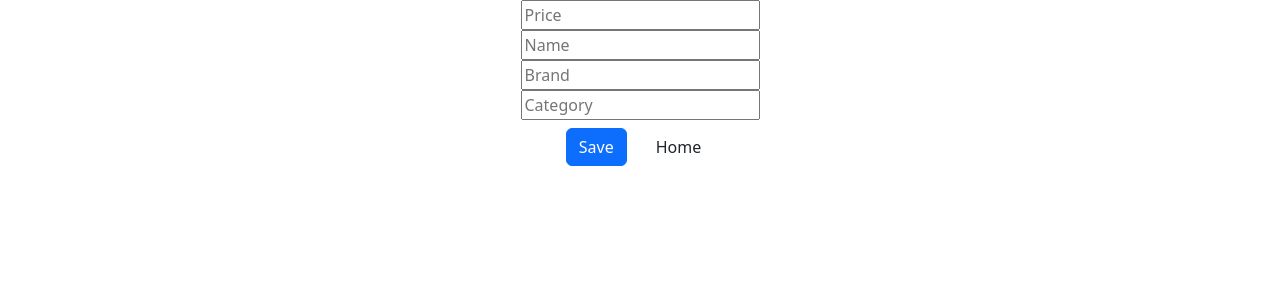
Repository: SriChakraTeja/json-crud
Page: /create-products
These files come from the project's save history. The page is drawn as it stood at one moment and after the next save; the edit follows.
The browser window is 1280 px wide. The pictures show the whole page.
The project was rebuilt for these pictures with package versions that can differ from the ones it lists, and the page was loaded fresh each time. Also part of the build but not shown: src/components/Home.js, src/components/ProductDetails.js.

Above is the page before, as saved 2023-12-23 14:23:25.

### src/index.js
import React from 'react';
import ReactDOM from 'react-dom/client';
import './index.css';
import App from './App';
import reportWebVitals from './reportWebVitals';
import { BrowserRouter as Router } from 'react-router-dom';
import '../node_modules/bootstrap/dist/css/bootstrap.min.css'

const root = ReactDOM.createRoot(document.getElementById('root'));
root.render(
  <React.StrictMode>
    <Router>
      <App />
    </Router>
  </React.StrictMode>
);

// If you want to start measuring performance in your app, pass a function
// to log results (for example: reportWebVitals(console.log))
// or send to an analytics endpoint. Learn more: https://bit.ly/CRA-vitals
reportWebVitals();

### src/App.js
import React from 'react'
import { Routes,Route } from 'react-router-dom'
import Home from './components/Home'
import ProductDetails from './components/ProductDetails'
import CreateProducts from './components/CreateProducts'

const App = () => {
  return (
    <main>
      <Routes>
        <Route path="/" element = {<Home/>}/>
        <Route path='/create-products' element={<CreateProducts/>} />
        <Route path='/products/:id' element= {<ProductDetails />} />
      </Routes>
    </main>
  )
}

export default App

### src/components/CreateProducts.js
import React from 'react'
import { useState } from 'react'

const CreateProducts = () => {
    const[products,setProducts] = useState({
        price : '',
        name : '',
        brand : '',
        category : '',
    })
    const {price,name,brand,category} = {...products}
    const handleChange = (e) => {
        setProducts({...products,[e.target.name]:e.target.value})
    }
    return (
        <section className='create-products'>
            <center>
                <form className = 'col-md-6'>
                    <input type='number' placeholder='Price' onChange = {handleChange}
                    name = 'price' value = {price}/>
                    <br />
                    <input type='text' placeholder='Name' onChange = {handleChange}
                    name = 'name' value = {name}/>
                    <br />
                    <input type='text' placeholder='Brand' onChange = {handleChange}
                    name = 'brand' value = {brand}/>
                    <br />
                    <input type='text' placeholder='Category' onChange = {handleChange}
                    name = 'category' value = {category}/>
                    <br />
                    <button className='btn btn-primary btn-md m-2'>Save</button>
                    <button className='btn btn-seconday btn-md m-2'>Home</button>
                </form>
            </center>
        </section>
    )
}

export default CreateProducts

Loaded but not shown: public/index.html (common file); src/index.css (common file); src/reportWebVitals.js (common file)

After the next save:
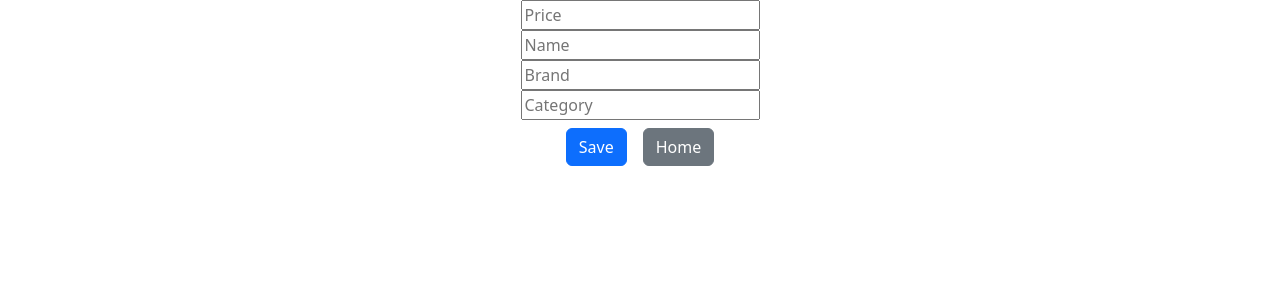
Saved 6 s later.
--- a/src/components/CreateProducts.js
+++ b/src/components/CreateProducts.js
@@ -29,7 +29,7 @@ const CreateProducts = () => {
                     name = 'category' value = {category}/>
                     <br />
                     <button className='btn btn-primary btn-md m-2'>Save</button>
-                    <button className='btn btn-seconday btn-md m-2'>Home</button>
+                    <button className='btn btn-secondary btn-md m-2'>Home</button>
                 </form>
             </center>
         </section>
